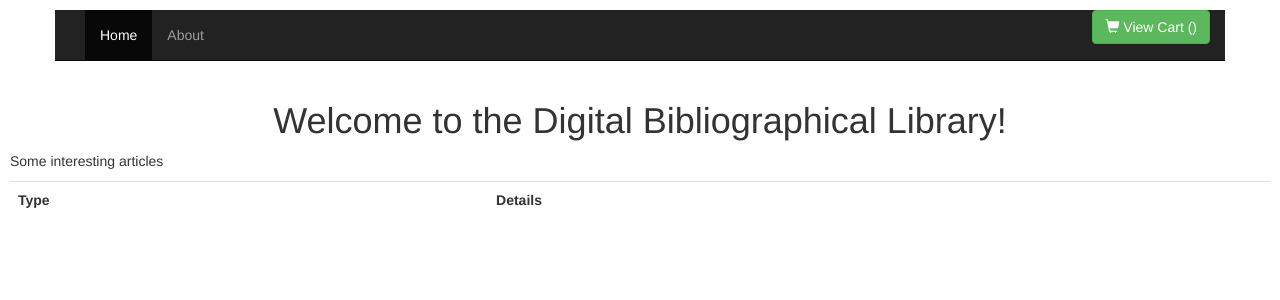
Repository: iancwwong/DigitalBibliographicalLibrary
Page: http://localhost/DigitalBibliographicLibrary/indexpage.jsp
These files come from the project's save history. The page is drawn as it stood at one moment and after the next save; the edit follows.
The browser window is 1280 px wide. The pictures show the whole page.
The page is served by Tomcat 9. The template is opened directly, without the code that normally fills it, so the values that code supplies are empty.

Above is the page before, as saved 2016-08-27 14:17:51.

After the next save:
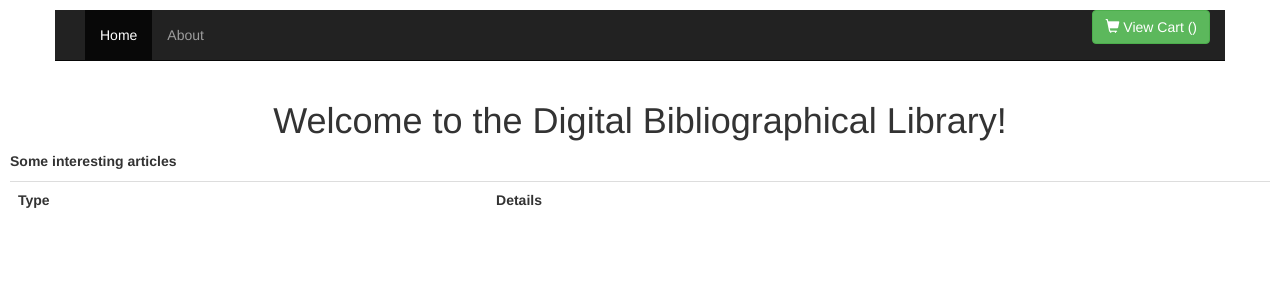
Saved 10 s later.
--- a/DigitalBibliographicLibrary/WebContent/indexpage.jsp
+++ b/DigitalBibliographicLibrary/WebContent/indexpage.jsp
@@ -40,7 +40,7 @@
 	<!-- Basic search -->
 
 	<!-- Random publications -->
-	<p>Some interesting articles</p>
+	<p><strong>Some interesting articles</strong></p>
 	<table class="table table-hover">
 		<tr>
 			<th>Type</th>
